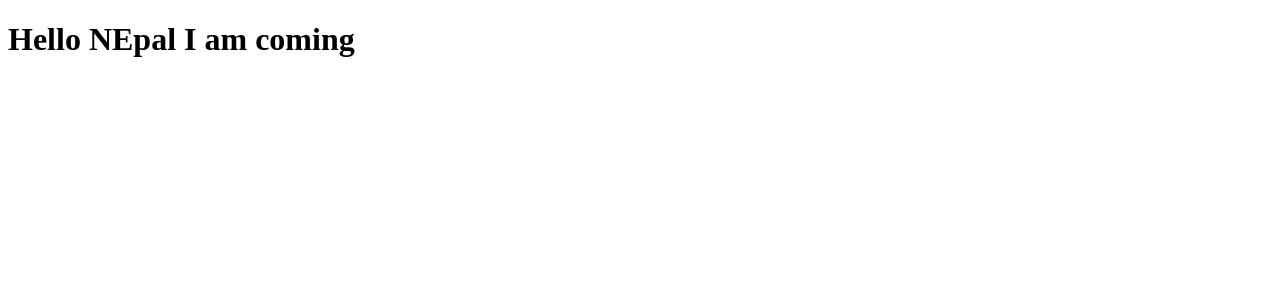
Repository: sajin-shrestha/React-Workshop
Page: /
The author's editor kept a copy of each file at every save. The page is drawn from the files as they stood at one save, then again after the next save.
The browser window is 1280 px wide. The pictures show the whole page.
The page's requests for data from a server got no answer. The project was rebuilt for these pictures with package versions that can differ from the ones it lists, and the page was loaded fresh each time. No one was signed in, and anything a server would have sent is missing. Also part of the build but not shown: vite.config.js, src/index.css.

Above is the page before, as saved 2025-07-05 18:37:52.

After the next save:
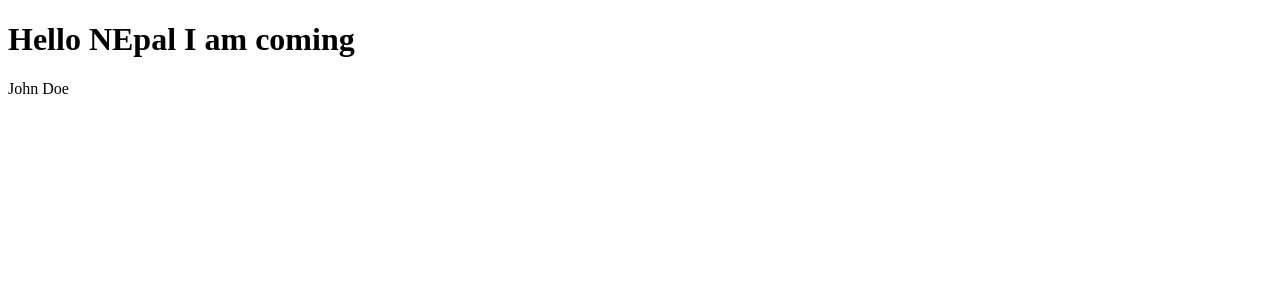
Saved 34 s later.
--- a/src/App.jsx
+++ b/src/App.jsx
@@ -1,7 +1,7 @@
 import React, {useEffect, useState} from 'react'
 
 const App = () => {
-  const [user, setUser] = useState('');
+  const [user, setUser] = useState('John Doe');
   useEffect(() =>{
     fetch('https://jsonplaceholder.typicode.com/users')
     .then((response => response.json()))
